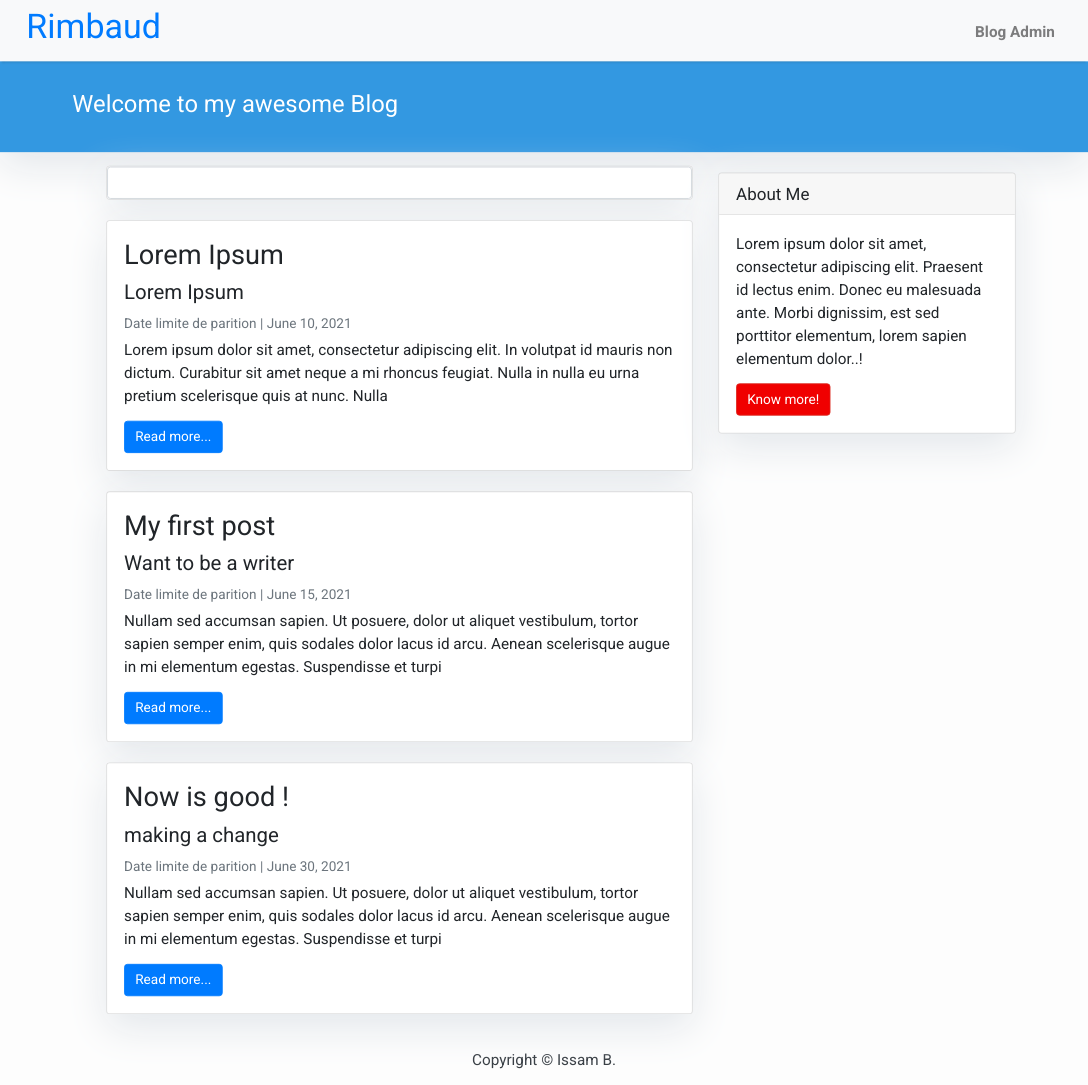
Repository: IssamBouzidi/rimbaud
Page: http://localhost/
The author's editor kept a copy of each file at every save. The page is drawn from the files as they stood at one save, then again after the next save.
The browser window is 1280 px wide. The pictures show the whole page, at 85% of full size.
The page is served by the project's application, run on Django 3.2 (manage.py). Other server files are loaded and not shown. The page reads the database file committed with the project.

Above is the page before, as saved 2021-06-04 01:30:11.

### blog/templates/index.html
{% extends "base.html" %}
{% block content %}
<style>
    body {
        font-family: "Roboto", sans-serif;
        font-size: 18px;
        background-color: #fdfdfd;
    }

    .head_text {
        color: white;
    }

    .card {
        box-shadow: 0 16px 48px #E3E7EB;
    }

    #id_radio:checked~.title_box {
        display: none;
    }

    #title_radio:checked~.id_box {
        display: none;
    }
</style>
<header class="masthead">
    <div class="overlay"></div>
    <div class="container">
        <div class="row">
            <div class=" col-md-8 col-md-10">
                <div class="site-heading">
                    <h3 class=" site-heading my-4 mt-3 text-white"> Welcome to my awesome Blog </h3>
                    </p>
                </div>
            </div>
        </div>
    </div>
</header>
<div class="container">
    <!-- <span class="title_box">Rechercher par titre: </span> -->
    <!-- <input type="text" id="title_box" class="title_box search_box"> -->
    <div class="row">
        <!-- Blog Entries Column -->
        <div class="col-md-8 mt-3 left">
            <div class="card mb-4" style="margin-left: 40px;">
                <input type="text" class="form-control title_box search_box" id="title_box" aria-describedby="emailHelp">
            </div>
            <div id="articles_block">
                {% include "detail_article.html" %}
            </div>
        </div>
        {% block sidebar %} {% include 'sidebar.html' %} {% endblock sidebar %}
    </div>
</div>
<script type="text/javascript">
    const search_boxes = document.getElementsByClassName('search_box')
    const block_list = document.getElementById('articles_block')
    console.log('pass');
    const inputHandler = function (e) {
        console.log('function');
        value = document.getElementById("title_box").value;

        console.log('value: ' + value)
        request = new Request(
            '/search_article/' + value
        );

        fetch(request)
            .then(res => {
                if (res.ok) {
                    console.log('ok')
                    return res.text();
                } else {
                    console.log('error')
                    return Promise.reject(res.status);
                }
            })
            .then(res => block_list.innerHTML = res)
            .catch(err => console.log(`Erreur avec le message : ${err}`));
    }

    Array.prototype.forEach.call(search_boxes, function (search_box) { search_box.addEventListener('input', inputHandler) });

</script>
{%endblock%}

### blog/templates/base.html
<!DOCTYPE html>
<html>

    <head>
        <title>Django Central</title>
        <link href="https://fonts.googleapis.com/css?family=Roboto:400,700" rel="stylesheet">
        <meta name="google" content="notranslate" />
        <meta name="viewport" content="width=device-width, initial-scale=1" />
        <link rel="stylesheet" href="https://maxcdn.bootstrapcdn.com/bootstrap/4.0.0/css/bootstrap.min.css" integrity="sha384-Gn5384xqQ1aoWXA+058RXPxPg6fy4IWvTNh0E263XmFcJlSAwiGgFAW/dAiS6JXm"
            crossorigin="anonymous" />
    </head>

    <body>
        <style>
            body {
            font-family: "Roboto", sans-serif;
            font-size: 17px;
            background-color: #fdfdfd;
        }
        .shadow {
            box-shadow: 0 4px 2px -2px rgba(0, 0, 0, 0.1);
        }
        .btn-danger {
            color: #fff;
            background-color: #f00000;
            border-color: #dc281e;
        }
        .masthead {
            background: #3398E1;
            height: auto;
            padding-bottom: 15px;
            box-shadow: 0 16px 48px #E3E7EB;
            padding-top: 10px;
        }
    </style>

    <!-- {% block title %}{% if subtitle %}{{ subtitle }} | {% endif %}{{ title }} | {{ site_title|default:_('Django site admin') }}{% endblock %} -->
        <!-- Navigation -->
        <nav class="navbar navbar-expand-lg navbar-light bg-light shadow" id="mainNav">
            <div class="container-fluid">
                {% block branding %}
                    <h1 id="site-name"><a href="#">Rimbaud</a></h1>
                {% endblock %}
                <button class="navbar-toggler navbar-toggler-right" type="button" data-toggle="collapse" data-target="#navbarResponsive"
                    aria-controls="navbarResponsive" aria-expanded="false" aria-label="Toggle navigation">
                    <span class="navbar-toggler-icon"></span>
                </button>
                <div class="collapse navbar-collapse" id="navbarResponsive">
                    <ul class="navbar-nav ml-auto">
                        <li class="nav-item text-black">
                            <a class="nav-link text-black font-weight-bold" href="{% url 'admin:index' %}">
                                {{ site_title|default:_('Blog Admin') }}
                            </a>
                        </li>
                    </ul>
                </div>
            </div>
        </nav>
        {% block content %}
        <!-- Content Goes here -->
        {% endblock content %}
        <!-- Footer -->
        <footer class="py-3 bg-grey">
            <p class="m-0 text-dark text-center ">Copyright &copy; Issam B.</p>
        </footer>
    </body>
</html>

### blog/templates/detail_article.html
<ul>
    {% for article in articles %}
    <div class="card mb-4">
        <div class="card-body">
            <h2 class="card-title">{{ article.title }}</h2>
            <h4 class="card-title">{{ article.description }}</h4>
            <p class="card-text text-muted h6">Date limite de parition | {{ article.visibility_date_limit}} </p>
            <p class="card-text">{{article.article|slice:":200" }}</p>
            <a href="/article/{{ article.id }}" class="btn btn-primary">Read more...</a>
        </div>
    </div>
    {% endfor %}
</ul>

### blog/templates/sidebar.html
{% block sidebar %}

<style>
        .card{
            box-shadow: 0 16px 48px #E3E7EB;
        }

</style>

<!-- Sidebar Widgets Column -->
<div class="col-md-4 float-right ">
<div class="card my-4">
        <h5 class="card-header">About Me</h5>
    <div class="card-body">
        <p class="card-text"> Lorem ipsum dolor sit amet, consectetur adipiscing elit. Praesent id lectus enim. Donec eu malesuada ante. Morbi dignissim, est sed porttitor elementum, lorem sapien elementum dolor..!</p>
        <a href="#" class="btn btn-danger">Know more!</a>
    </div>
</div>
</div>

{% endblock sidebar %}

### blog/models.py
from django.db import models


class Article(models.Model):
    title = models.CharField("Titre", max_length=25)
    description = models.CharField("Déscription", max_length=50)
    article = models.TextField("Article", max_length=1000)
    visibility_date_limit = models.DateField("Date limite de parution")
    visible_only_by_admin = models.BooleanField("Article visible par l'administrateur uniquement", default=True)

### blog/views.py
from django.shortcuts import render
from django.http import HttpResponse
from blog.models import Article
from django.db.models.query import QuerySet
import datetime


def get_all(request):
    query = __find_articles_query(request.user.is_superuser)
    articles_list = {"articles": query}
#    return render(request, "all.html", articles_list)
    return render(request, "index.html", articles_list)



def get_article(request, id: str):
    print(f'id: {id.__class__.__name__}')
    query = (__find_articles_query(request.user.is_superuser).filter(id=id).first())
    article = {"article": query}
    return render(request, "article.html", article)


def search_article(request, title: str = None):
    if title is None:
        query = __find_articles_query(request.user.is_superuser)
    else:
        query = __find_articles_query(request.user.is_superuser).filter(
            title__icontains=title
        )

    articles_list = {"articles": query}
    return render(request, "detail_article.html", articles_list)


def __find_articles_query(is_admin: bool = False) -> QuerySet:
    articles = Article.objects.exclude(
        visibility_date_limit__lt=datetime.datetime.now(),
    ).order_by("id")

    if not is_admin:
        articles = articles.exclude(
            visible_only_by_admin=True,
        )

    return articles

### rimbaud/urls.py
"""rimbaud URL Configuration

The `urlpatterns` list routes URLs to views. For more information please see:
    https://docs.djangoproject.com/en/3.1/topics/http/urls/
Examples:
Function views
    1. Add an import:  from my_app import views
    2. Add a URL to urlpatterns:  path('', views.home, name='home')
Class-based views
    1. Add an import:  from other_app.views import Home
    2. Add a URL to urlpatterns:  path('', Home.as_view(), name='home')
Including another URLconf
    1. Import the include() function: from django.urls import include, path
    2. Add a URL to urlpatterns:  path('blog/', include('blog.urls'))
"""
from django.contrib import admin
from django.urls import include, path

urlpatterns = [
    path('admin/', admin.site.urls),
    path('', include('blog.urls'))
]

### blog/urls.py
from django.urls import path

from . import views

urlpatterns = [
    path("", views.get_all),
    path("article/<str:id>", views.get_article),
    path("search_article/", views.search_article),
    path("search_article/<str:title>", views.search_article)
]

### db.sqlite3 (the tables this page reads, as SQL)
CREATE TABLE "blog_article" ("id" integer NOT NULL PRIMARY KEY AUTOINCREMENT, "title" varchar(25) NOT NULL, "description" varchar(50) NOT NULL, "article" text NOT NULL, "visible_only_by_admin" bool NOT NULL, "visibility_date_limit" date NOT NULL);
INSERT INTO "blog_article" VALUES
(1, 'Lorem Ipsum', 'Lorem Ipsum', 'Lorem ipsum dolor sit amet, consectetur adipiscing elit. In volutpat id mauris non dictum. Curabitur sit amet neque a mi rhoncus feugiat. Nulla in nulla eu urna pretium scelerisque quis at nunc. Nulla leo purus, blandit a porta in, auctor ac ante. Praesent suscipit turpis volutpat velit suscipit maximus. Donec eget tincidunt lacus, sed ultrices diam. Vestibulum tellus nisl, pellentesque suscipit ornare rhoncus, accumsan eu elit. Aliquam erat volutpat. Vivamus dictum nibh ut sem molestie, et maximus sapien vestibulum. Pellentesque faucibus porta leo.

Vivamus feugiat enim dui, id ultricies dui vulputate et. Nam vulputate erat nisi, sed interdum nibh convallis ut. Morbi vitae quam quis mi mollis luctus ut in arcu. Nam vel enim ac mauris pulvinar dignissim quis at augue. Phasellus in nisi justo. Maecenas condimentum efficitur justo vel ultricies. Vivamus commodo, arcu non cursus congue, nisi magna ultricies magna, vel consequat tortor leo vel nunc.', 0, '2021-06-10'),
(2, 'My first post', 'Want to be a writer', 'Nullam sed accumsan sapien. Ut posuere, dolor ut aliquet vestibulum, tortor sapien semper enim, quis sodales dolor lacus id arcu. Aenean scelerisque augue in mi elementum egestas. Suspendisse et turpis et nibh pretium ultricies venenatis nec urna. Mauris eget congue enim. Nulla condimentum ex quis suscipit gravida. Praesent tristique massa ac dignissim commodo. Fusce purus tellus, mattis nec bibendum nec, maximus sed risus. Morbi consequat pellentesque erat et blandit. Interdum et malesuada fames ac ante ipsum primis in faucibus. Donec imperdiet nisl sit amet nibh ornare, dapibus sodales ligula finibus. Curabitur sagittis faucibus tempus. In ante nulla, aliquam bibendum quam eget, accumsan semper urna.

Sed euismod libero ut fermentum finibus. Donec vulputate varius tortor, id dapibus ex rutrum sed. Vestibulum sed odio lacus. Integer commodo lacus vel ex congue rhoncus in non erat. Maecenas efficitur interdum tincidunt. Vivamus semper, leo at lacinia sodales, sapien tortor egestas', 0, '2021-06-15'),
(3, 'Now is good !', 'making a change', 'Nullam sed accumsan sapien. Ut posuere, dolor ut aliquet vestibulum, tortor sapien semper enim, quis sodales dolor lacus id arcu. Aenean scelerisque augue in mi elementum egestas. Suspendisse et turpis et nibh pretium ultricies venenatis nec urna. Mauris eget congue enim. Nulla condimentum ex quis suscipit gravida. Praesent tristique massa ac dignissim commodo. Fusce purus tellus, mattis nec bibendum nec, maximus sed risus. Morbi consequat pellentesque erat et blandit. Interdum et malesuada fames ac ante ipsum primis in faucibus. Donec imperdiet nisl sit amet nibh ornare, dapibus sodales ligula finibus. Curabitur sagittis faucibus tempus. In ante nulla, aliquam bibendum quam eget, accumsan semper urna.

Sed euismod libero ut fermentum finibus. Donec vulputate varius tortor, id dapibus ex rutrum sed. Vestibulum sed odio lacus. Integer commodo lacus vel ex congue rhoncus in non erat. Maecenas efficitur interdum tincidunt. Vivamus semper, leo at lacinia sodales, sapien tortor egestas', 0, '2021-06-30');

After the next save:
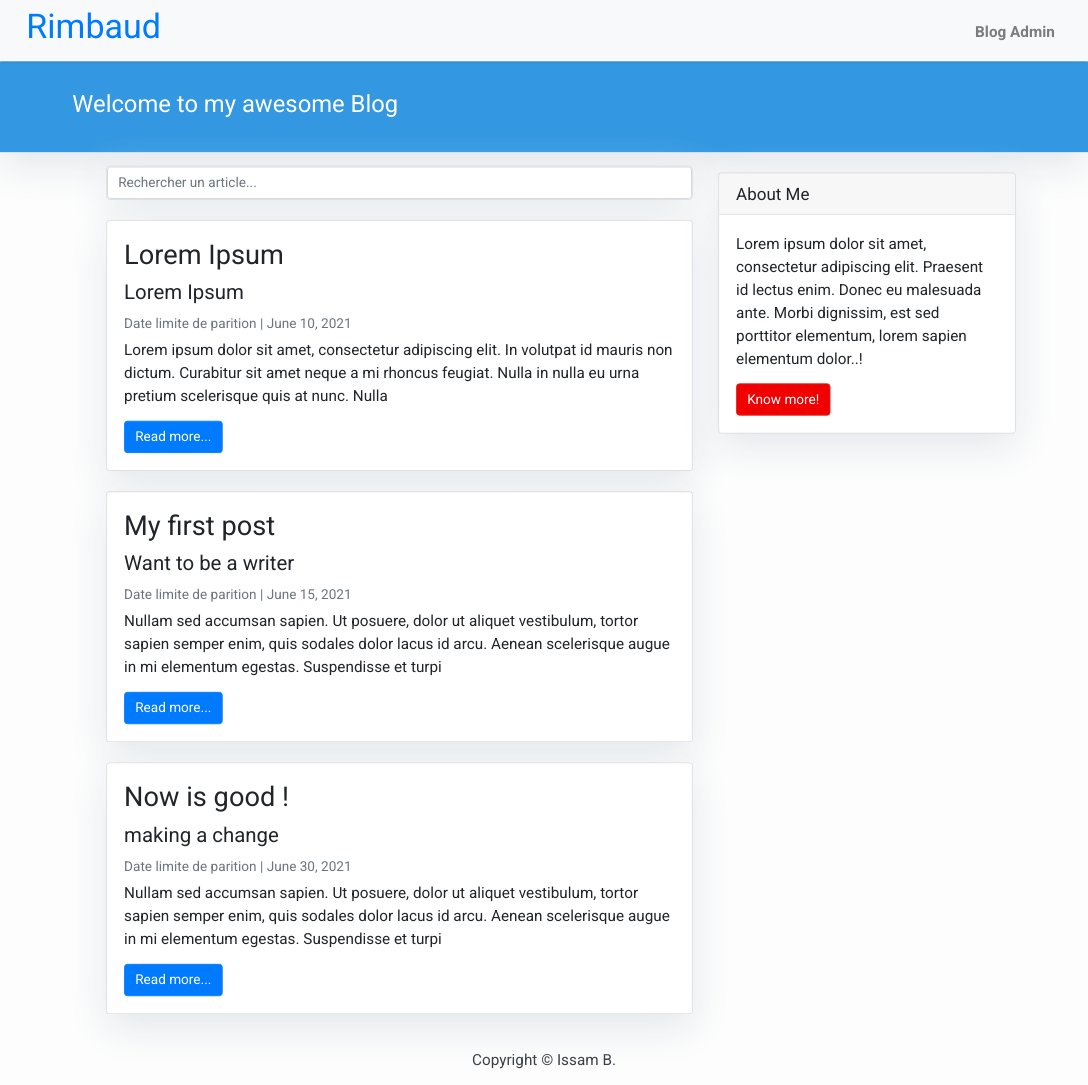
Saved 23 s later.
--- a/blog/templates/index.html
+++ b/blog/templates/index.html
@@ -43,7 +43,7 @@
         <!-- Blog Entries Column -->
         <div class="col-md-8 mt-3 left">
             <div class="card mb-4" style="margin-left: 40px;">
-                <input type="text" class="form-control title_box search_box" id="title_box" aria-describedby="emailHelp">
+                <input type="text" class="form-control title_box search_box" id="title_box" placeholder="Rechercher un article...">
             </div>
             <div id="articles_block">
                 {% include "detail_article.html" %}
